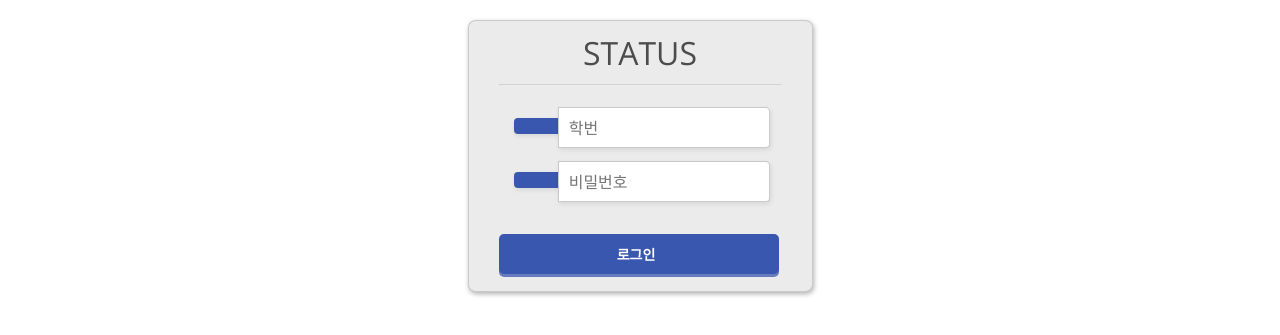
Repository: charmingjae/swproject
Page: http://localhost/bookBoard/chgStat.jsp
The author's editor kept a copy of each file at every save. The page is drawn from the files as they stood at one save, then again after the next save.
The browser window is 1280 px wide. The pictures show the whole page.
Some icons come from a web library that is not loaded, so they are not drawn. Some web libraries are served in a nearby version. The page is served by Tomcat 9.

Above is the page before, as saved 2019-12-14 09:00:48.

After the next save:
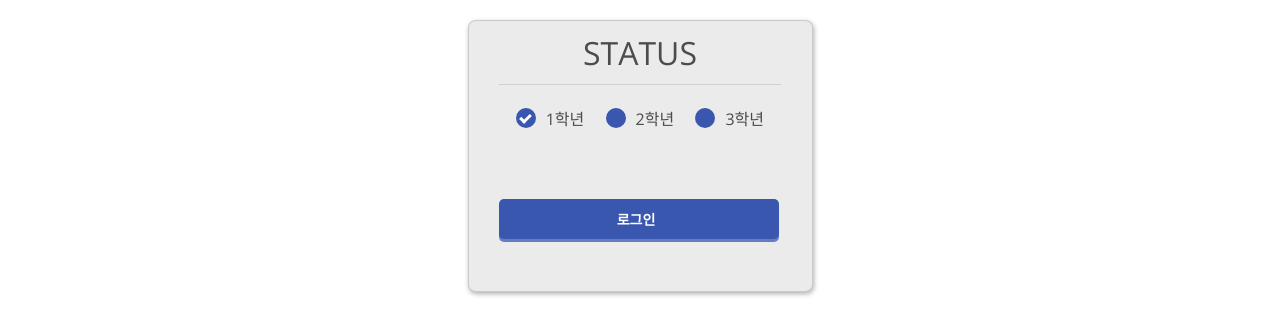
Saved 25 s later.
--- a/JSP/bookBoard/bookBoard/WebContent/chgStat.jsp
+++ b/JSP/bookBoard/bookBoard/WebContent/chgStat.jsp
@@ -19,12 +19,14 @@
 
   <form action="loginChk.jsp">
       <hr>
-		  <label id="icon" for="stu_no"><i class="icon-user "></i></label>
-		  <input type="number" name="stu_no" id="stu_no" placeholder="학번" required/>
-
-		  <label id="icon" for="stu_pw"><i class="icon-shield"></i></label>
-		  <input type="password" name="stu_pw" id="stu_pw" placeholder="비밀번호" required/>
-
+		  <div class="grade">
+	      <input type="radio" value="1" id="radioOne" name="stu_grade" checked/>
+	      <label for="radioOne" class="radio" chec>1학년</label>
+	      <input type="radio" value="2" id="radioTwo" name="stu_grade" />
+	      <label for="radioTwo" class="radio">2학년</label>
+	      <input type="radio" value="3" id="radioThree" name="stu_grade" />
+	      <label for="radioThree" class="radio">3학년</label>
+	    </div>
 		  <br><br>
 
 
